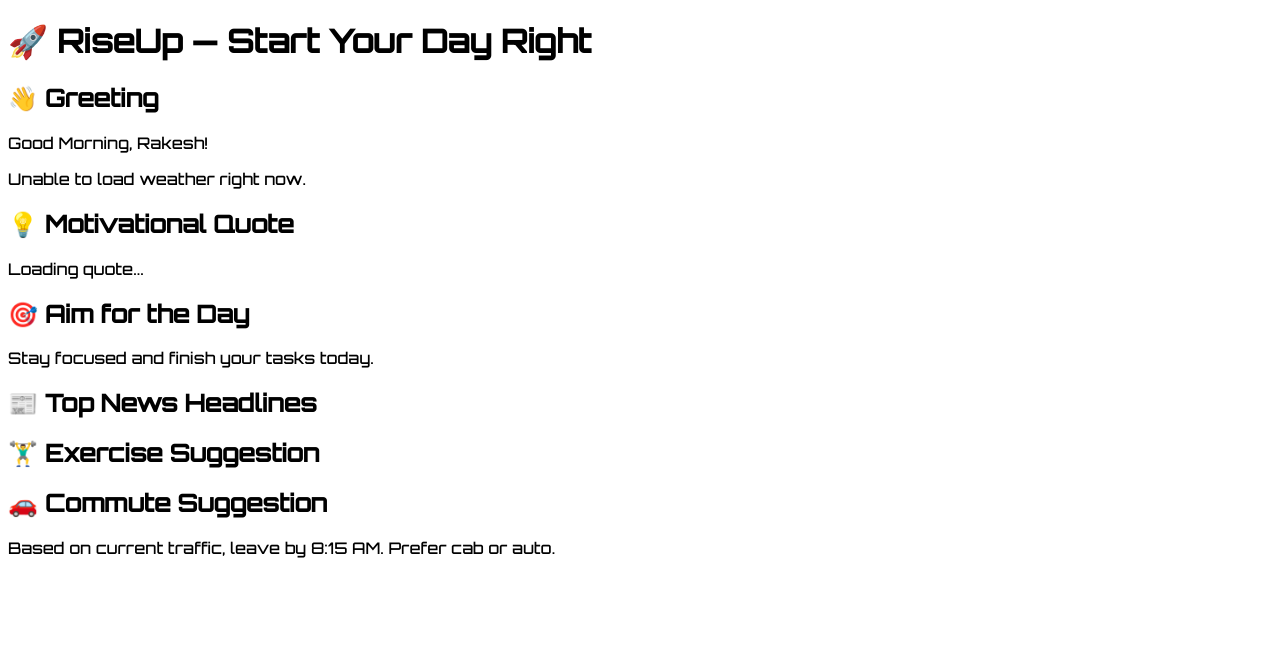
Repository: rakeshkumar1012/riseup
Page: /
The author's editor kept a copy of each file at every save. The page is drawn from the files as they stood at one save, then again after a run of saves.
The browser window is 1280 px wide. The pictures show the whole page.
The page's requests for data from a server got no answer. The project was rebuilt for these pictures with package versions that can differ from the ones it lists, and the page was loaded fresh each time. No one was signed in, and anything a server would have sent is missing.

Above is the page before, as saved 2025-07-05 03:55:40.

### public/index.html
<!DOCTYPE html>
<html lang="en">
  <head>
    <meta charset="utf-8" />
    <link rel="icon" href="%PUBLIC_URL%/favicon.ico" />
    <meta name="viewport" content="width=device-width, initial-scale=1" />
    <meta name="theme-color" content="#000000" />
    <meta
      name="description"
      content="Web site created using create-react-app"
    />
    <link rel="apple-touch-icon" href="%PUBLIC_URL%/logo192.png" />
    <!--
      manifest.json provides metadata used when your web app is installed on a
      user's mobile device or desktop. See https://developers.google.com/web/fundamentals/web-app-manifest/
    -->
    <link rel="manifest" href="%PUBLIC_URL%/manifest.json" />
    <!--
      Notice the use of %PUBLIC_URL% in the tags above.
      It will be replaced with the URL of the `public` folder during the build.
      Only files inside the `public` folder can be referenced from the HTML.

      Unlike "/favicon.ico" or "favicon.ico", "%PUBLIC_URL%/favicon.ico" will
      work correctly both with client-side routing and a non-root public URL.
      Learn how to configure a non-root public URL by running `npm run build`.
    -->
      <link href="https://fonts.googleapis.com/css2?family=Orbitron:wght@500&display=swap" rel="stylesheet">

    <title>React App</title>
  </head>
  <body>
    <noscript>You need to enable JavaScript to run this app.</noscript>
    <div id="root"></div>
    <!--
      This HTML file is a template.
      If you open it directly in the browser, you will see an empty page.

      You can add webfonts, meta tags, or analytics to this file.
      The build step will place the bundled scripts into the <body> tag.

      To begin the development, run `npm start` or `yarn start`.
      To create a production bundle, use `npm run build` or `yarn build`.
    -->
  </body>
</html>

### src/index.css
/* src/index.css */
@tailwind base;
@tailwind components;
@tailwind utilities;

body {
  @apply bg-gradient-to-br from-[#0f0c29] via-[#302b63] to-[#24243e] text-white min-h-screen;
  font-family: 'Orbitron', sans-serif;
}


/*body {
  margin: 0;
  font-family: -apple-system, BlinkMacSystemFont, 'Segoe UI', 'Roboto', 'Oxygen',
    'Ubuntu', 'Cantarell', 'Fira Sans', 'Droid Sans', 'Helvetica Neue',
    sans-serif;
  -webkit-font-smoothing: antialiased;
  -moz-osx-font-smoothing: grayscale;
}*/

code {
  font-family: source-code-pro, Menlo, Monaco, Consolas, 'Courier New',
    monospace;
}

### src/App.js
import Weather from "./components/Weather";
import Quote from "./components/Quote";
import Task from "./components/Task";
import News from "./components/News";
import Exercise from "./components/Exercise";
import Commute from "./components/Commute";
function App() {
  return (
    <div className="min-h-screen flex flex-col justify-center items-center bg-gradient-to-br from-blue-950 via-gray-900 to-black text-white px-4 py-10">
      <h1 className="text-4xl font-bold mb-10 text-center text-cyan-300 animate-pulse">
        🚀 RiseUp — Start Your Day Right
      </h1>

      <div className="w-full max-w-4xl space-y-6">
        {/* Greeting */}
        <Section title="👋 Greeting" gradient="from-purple-500 to-pink-500">
          <p className="text-white/90">Good Morning, Rakesh!</p>
        </Section>





          <Weather />

        {/* Quote */}
        <Section title="💡 Motivational Quote" gradient="from-yellow-400 to-orange-500">
          <Quote />
        </Section>

        {/* Daily Task */}
        <Section title="🎯 Aim for the Day" gradient="from-green-400 to-lime-500">
          <p className="text-white/90">Stay focused and finish your tasks today.</p>
          <Task />
        </Section>

        {/* News */}


          <News/>


        {/* Exercise */}
        <Section title="🏋️‍♂️ Exercise Suggestion" gradient="from-indigo-500 to-purple-700">
          <Exercise/>

        </Section>

        {/* Commute */}
        <Section title="🚗 Commute Suggestion" gradient="from-sky-500 to-blue-600">
          <p className="text-white/90">
            Based on current traffic, leave by 8:15 AM. Prefer cab or auto.
          </p>
        </Section>
      </div>
    </div>
  );
}

// Reusable Box Component
function Section({ title, gradient, children }) {
  return (
    <div
      className={`rounded-xl shadow-lg p-6 bg-gradient-to-r ${gradient} transition duration-300 hover:scale-[1.02]`}
    >
      <h2 className="text-2xl font-semibold mb-2">{title}</h2>
      <div className="text-lg">{children}</div>
    </div>
  );
}

export default App;

### src/components/Weather.js
import { useState, useEffect } from "react";

function Weather() {
  const [weather, setWeather] = useState(null);
  const [loading, setLoading] = useState(true);

  const API_KEY = "5095941ff89867f82f0a96500b2787cc"; // 🔁 replace with your real API key
  const CITY = "Hyderabad"; // or use navigator.geolocation for dynamic city

  useEffect(() => {
    async function fetchWeather() {
      try {
        const response = await fetch(
          `https://api.openweathermap.org/data/2.5/weather?q=${CITY}&appid=${API_KEY}&units=metric`
        );
        const data = await response.json();
        setWeather(data);
        setLoading(false);
      } catch (error) {
        console.error("Weather fetch error:", error);
        setLoading(false);
      }
    }

    fetchWeather();
  }, []);

  if (loading) return <p>Loading weather data...</p>;
  if (!weather || weather.cod !== 200)
    return <p>Unable to load weather right now.</p>;

  return (
    <div className="rounded-xl p-6 bg-gradient-to-r from-blue-400 to-cyan-500 shadow-lg transition hover:scale-[1.02] text-white">
      <h2 className="text-2xl font-semibold mb-2">🌤️ Weather</h2>
      <p className="text-lg">
        {weather.name}: {weather.weather[0].description}
      </p>
      <p className="text-lg">
        Temperature: {weather.main.temp}°C | Feels Like:{" "}
        {weather.main.feels_like}°C
      </p>
    </div>
  );
}

export default Weather;

### src/components/Quote.js
import { useEffect, useState } from "react";

function Quote() {
  const [quote, setQuote] = useState(null);

  useEffect(() => {
    async function fetchQuote() {
      try {
        const response = await fetch("https://zenquotes.io/api/random");
        const data = await response.json();
        setQuote(data[0]);
      } catch (error) {
        console.error("Quote fetch error:", error);
      }
    }

    fetchQuote();
  }, []);

  if (!quote) return <p>Loading quote...</p>;

  return (
    <div className="rounded-xl p-6 bg-gradient-to-r from-indigo-400 to-purple-500 shadow-lg transition hover:scale-[1.02] text-white">
      <h2 className="text-2xl font-semibold mb-2">💡 Motivational Quote</h2>
      <p className="italic text-lg">"{quote.q}"</p>
      <p className="text-sm mt-2 text-right">- {quote.a}</p>
    </div>
  );
}

export default Quote;

### src/components/Task.js
import { useEffect, useState } from "react";

function Task() {
  const [task, setTask] = useState(null);

  useEffect(() => {
    async function fetchTask() {
      try {
        const response = await fetch("https://www.boredapi.com/api/activity");
        const data = await response.json();
        setTask(data);
      } catch (error) {
        console.error("Task fetch error:", error);
      }
    }

    fetchTask();
  }, []);

  if (!task)
    return (
      <div className="rounded-xl p-6 bg-gradient-to-r from-green-400 to-lime-500 shadow-lg animate-pulse h-24 text-white">
        <div className="w-3/4 h-5 bg-white/30 mb-3 rounded"></div>
        <div className="w-1/2 h-4 bg-white/20 rounded"></div>
      </div>
    );

  return (
    <div className="rounded-xl p-6 bg-gradient-to-r from-green-400 to-lime-500 shadow-lg transition hover:scale-[1.02] text-white">
      <h2 className="text-2xl font-semibold mb-2">🧠 AIM for Today</h2>
      <p className="text-lg italic">{task.activity}</p>
      <p className="text-sm mt-2">Type: {task.type}</p>
    </div>
  );
}

export default Task;

### src/components/News.js
import { useEffect, useState } from "react";

function News() {
  const [articles, setArticles] = useState([]);
  const [loading, setLoading] = useState(true);

  const API_KEY = "99a3cecda0cd43adf2d5487bd37cee1b"; // replace this
  const API_URL = `https://gnews.io/api/v4/top-headlines?lang=en&country=in&max=4&apikey=${API_KEY}`;

  useEffect(() => {
    async function fetchNews() {
      try {
        const response = await fetch(API_URL);
        const data = await response.json();
        setArticles(data.articles || []);
      } catch (err) {
        console.error("Failed to fetch news:", err);
      } finally {
        setLoading(false);
      }
    }

    fetchNews();
  }, []);

  if (loading) {
    return (
      <div className="bg-gradient-to-r from-amber-400 to-yellow-500 rounded-xl p-6 shadow-lg animate-pulse h-44 text-white">
        <div className="w-1/2 h-6 bg-white/30 mb-3 rounded"></div>
        <div className="w-3/4 h-4 bg-white/20 mb-1 rounded"></div>
        <div className="w-2/3 h-4 bg-white/20 rounded"></div>
      </div>
    );
  }

  return (
    <div className="rounded-xl p-6 bg-gradient-to-r from-amber-400 to-yellow-500 text-white shadow-lg transition hover:scale-[1.02]">
      <h2 className="text-2xl font-semibold mb-4">📰 Top News Headlines</h2>
      <ul className="space-y-3">
        {articles.map((article, idx) => (
          <li key={idx}>
            <a
              href={article.url}
              target="_blank"
              rel="noopener noreferrer"
              className="block text-lg hover:underline"
            >
              {idx + 1}. {article.title}
            </a>
          </li>
        ))}
      </ul>
    </div>
  );
}

export default News;

### src/components/Exercise.js
import { useEffect, useState } from "react";

function Exercise() {
  const [exercise, setExercise] = useState(null);

  useEffect(() => {
    async function fetchExercise() {
      try {
        const response = await fetch(
          "https://wger.de/api/v2/exercise/?language=2&limit=20"
        );
        const data = await response.json();
        const filtered = data.results.filter((ex) => ex.description && ex.name.length < 40);
        const random = filtered[Math.floor(Math.random() * filtered.length)];
        setExercise(random);
      } catch (error) {
        console.error("Exercise fetch error:", error);
      }
    }

    fetchExercise();
  }, []);

  if (!exercise) {
    return (
      <div className="bg-gradient-to-r from-cyan-400 to-blue-500 rounded-xl p-6 shadow-lg animate-pulse h-32 text-white">
        <div className="w-1/2 h-6 bg-white/30 mb-3 rounded"></div>
        <div className="w-3/4 h-4 bg-white/20 mb-1 rounded"></div>
      </div>
    );
  }

  return (
    <div className="rounded-xl p-6 bg-gradient-to-r from-cyan-400 to-blue-500 text-white shadow-lg transition hover:scale-[1.02]">
      <h2 className="text-2xl font-semibold mb-2">🏃 Exercise for Today</h2>
      <p className="text-lg font-bold">{exercise.name}</p>
      <div
        className="text-sm mt-2"
        dangerouslySetInnerHTML={{ __html: exercise.description }}
      />
    </div>
  );
}

export default Exercise;

### src/components/Commute.js
import { useEffect, useState } from "react";

function Commute() {
  const [duration, setDuration] = useState(null);
  const [leaveTime, setLeaveTime] = useState("");
  const [mode, setMode] = useState("");

  useEffect(() => {
    const fetchCommuteTime = async () => {
      const apiKey = "eyJvcmciOiI1YjNjZTM1OTc4NTExMTAwMDFjZjYyNDgiLCJpZCI6IjVlOGE3M2RkYTYzNjQ1YThiMTQ5ZWNmNzJlMzk3OGUyIiwiaCI6Im11cm11cjY0In0=";
      const url = "https://api.openrouteservice.org/v2/directions/driving-car";
      const body = {
        coordinates: [
          [77.6101, 12.9166], // BTM Layout (lng, lat)
          [77.6170, 12.9250], // Madiwala
        ],
      };

      try {
        const response = await fetch(url, {
          method: "POST",
          headers: {
            "Authorization": apiKey,
            "Content-Type": "application/json",
          },
          body: JSON.stringify(body),
        });

        const data = await response.json();
        const seconds = data.routes[0].summary.duration;
        const mins = Math.round(seconds / 60);
        setDuration(mins);

        // Calculate leave time
        const arrival = new Date();
        arrival.setHours(9, 0, 0, 0); // 9:00 AM
        const leave = new Date(arrival.getTime() - mins * 60000);
        const leaveFormatted = leave.toLocaleTimeString([], { hour: "2-digit", minute: "2-digit" });
        setLeaveTime(leaveFormatted);

        // Suggest transport mode
        if (mins <= 10) setMode("🛵 Take a Bike Taxi");
        else if (mins <= 20) setMode("🚗 Take a Cab or Auto");
        else setMode("🚌 Take a Public Bus (Traffic Alert)");
      } catch (err) {
        console.error("Commute API error:", err);
      }
    };

    fetchCommuteTime();
  }, []);

  return (
    <div className="rounded-xl p-6 bg-gradient-to-r from-pink-500 to-red-500 text-white shadow-lg transition hover:scale-[1.02]">
      <h2 className="text-2xl font-semibold mb-2">🚦 Commute Suggestion</h2>
      {duration ? (
        <>
          <p className="text-lg">Estimated Travel Time: <strong>{duration} mins</strong></p>
          <p className="text-lg">🎯 To reach by <strong>9:00 AM</strong>, leave by <strong>{leaveTime}</strong></p>
          <p className="text-lg mt-2">{mode}</p>
        </>
      ) : (
        <p>Loading commute details...</p>
      )}
    </div>
  );
}

export default Commute;

Loaded but not shown: src/index.js (common file); src/reportWebVitals.js (common file)

After the next 2 saves:
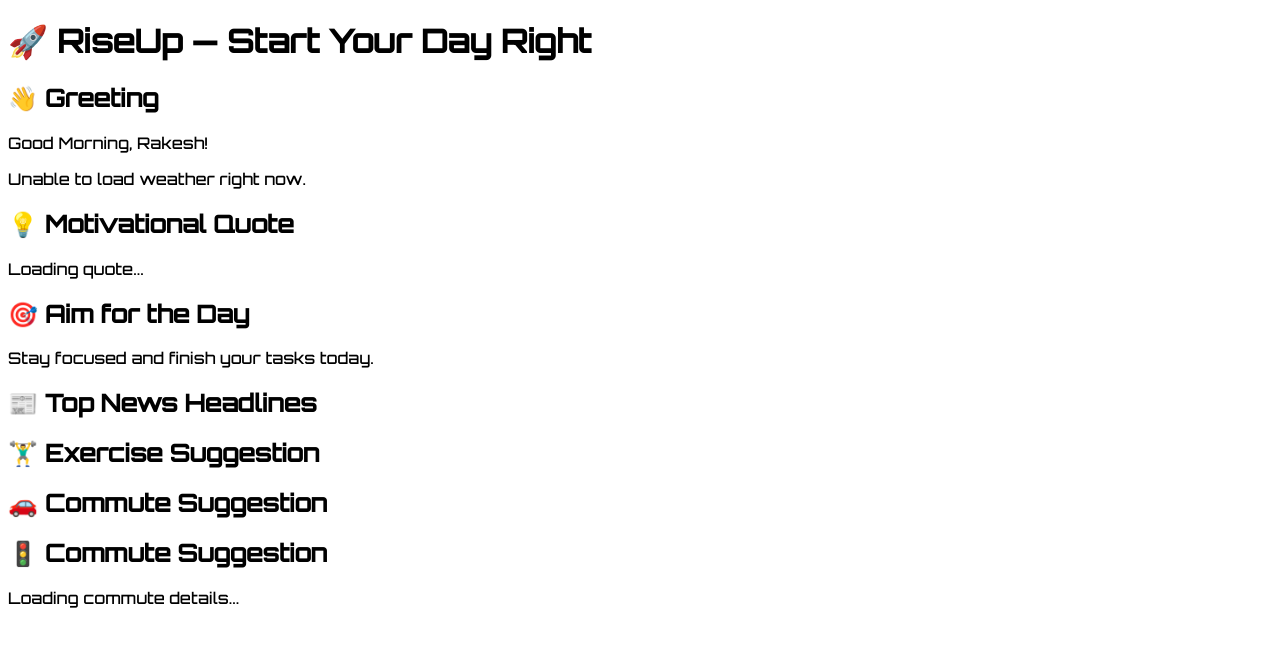
The 2 saves are shown as one change because they came seconds apart.
The last was saved 35 s later.
--- a/src/App.js
+++ b/src/App.js
@@ -48,9 +48,7 @@ function App() {
 
         {/* Commute */}
         <Section title="🚗 Commute Suggestion" gradient="from-sky-500 to-blue-600">
-          <p className="text-white/90">
-            Based on current traffic, leave by 8:15 AM. Prefer cab or auto.
-          </p>
+         <Commute />
         </Section>
       </div>
     </div>
